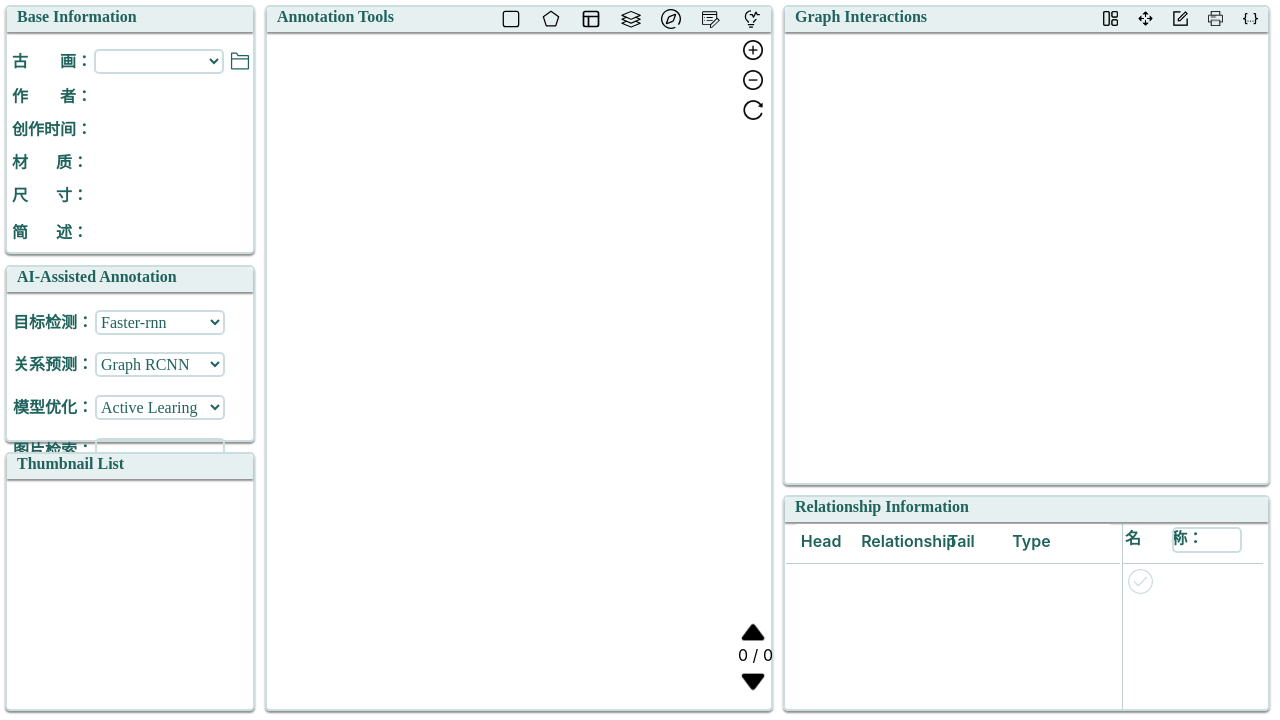
Repository: cailbh/ImageLabelTool
Page: /
An editor plug-in stored every save of this project. The page is shown before and after the next save, followed by the edit.
The browser window is 1280 px wide. The pictures show the whole page.
The project was rebuilt for these pictures with package versions that can differ from the ones it lists, and the page was loaded fresh each time.

Above is the page before, as saved 2022-11-14 22:55:23.

### src/index.tsx
import React from 'react';
import ReactDOM from 'react-dom/client';
import './index.css';
import UI from './View';

const root = ReactDOM.createRoot(
  document.getElementById('root') as HTMLElement
);
root.render(
  <React.StrictMode>
    <UI />
  </React.StrictMode>
);

### src/index.css
* {
  margin: 0;
  font-family: -apple-system, BlinkMacSystemFont, 'Segoe UI', 'Roboto', 'Oxygen',
    'Ubuntu', 'Cantarell', 'Fira Sans', 'Droid Sans', 'Helvetica Neue',
    sans-serif;
  -webkit-font-smoothing: antialiased;
  -moz-osx-font-smoothing: grayscale;
  padding: 0;
  user-select: none;
}

code {
  font-family: source-code-pro, Menlo, Monaco, Consolas, 'Courier New',
    monospace;
}

html, body, #root {
  width: 100%;
  height: 100%;
  /* background: rgb(237,241,241); */
  background: rgb(255,255,255);
}

#root {
  /* display: flex; */
  /* flex-direction: row; */

}

### src/View/index.tsx
/**
 * 该组件负责图像视图与网络图视图的通信：
 *
 */

import React from "react";
// import ImageView from "./ImageView";
import GraphView from "./GraphView";
import LabelView from "./LabelView";
import { Entity, EntityArray, Relationship, RelationshipArray } from '../lib/interface'
import { EntityArrayContextProvider, useEntityArray, useEntityArrayUpdate } from "../lib/context";
import { RelationshipArrayContextProvider, useRelationshipArray, useRelationshipArrayUpdate } from "../lib/context";
import { InfoContextProvider, useInfo, useInfoUpdate } from "../lib/context";
import { MemoArrayContextProvider, useMemoArray, useMemoArrayUpdate } from "../lib/context";


export default function UI() {
    return (
        <React.StrictMode>
            <InfoContextProvider>
                <RelationshipArrayContextProvider>
                    <EntityArrayContextProvider>
                        <MemoArrayContextProvider>
                            {/* <ImageView></ImageView> */}

                            <LabelView></LabelView>
                            {/* <GraphView></GraphView> */}
                        </MemoArrayContextProvider>
                    </ EntityArrayContextProvider >
                </RelationshipArrayContextProvider>
            </InfoContextProvider>
        </React.StrictMode>
    )
}

### src/View/LabelView.tsx
import React from "react";
import LabelDisplay from "../component/LabelDisplay/index";
import LabelTool from "../component/LabelTool/index";
import ViewCard from "./ViewCard";

export default function LabelView() {
    return (
        // <ViewCard
        //     top={(
        //         <LabelTool></LabelTool>
        //     )}
        //     body={(
        <LabelDisplay></LabelDisplay>
        //     )}
        // />
    )
}

### src/lib/context.tsx
import React, { useContext, useState } from 'react';
import { MemoArray, Relationship, RelationshipArray, EntityArray, Entity, Info } from './interface'
import { arrayBuffer } from 'stream/consumers';


const entityContext = React.createContext<EntityArray>({ array: [] });
const EntityUpdateContext = React.createContext(null);

export const useEntityArray = () => useContext(entityContext);
export const useEntityArrayUpdate = () => useContext(EntityUpdateContext);
export const EntityArrayContextProvider = ({ children }) => {
    const [entityArray, setEntityArray] = useState<Entity[]>([]);
    const updateEntityArray = (entityArray) => {
        setEntityArray([...entityArray])
    }
    return (
        <entityContext.Provider value={{ array: entityArray }}>
            <EntityUpdateContext.Provider value={updateEntityArray}>
                {children}
            </EntityUpdateContext.Provider>
        </entityContext.Provider>
    );
};

const relationshipContext = React.createContext<RelationshipArray>({ array: [] });
const relationshipUpdateContext = React.createContext(null);

export const useRelationshipArray = () => useContext(relationshipContext);
export const useRelationshipArrayUpdate = () => useContext(relationshipUpdateContext);
export const RelationshipArrayContextProvider = ({ children }) => {
    const [RelationshipArray, setRelationshipArray] = useState<Relationship[]>([]);
    const updateRelationshipArray = (RelationshipArray) => {
        setRelationshipArray([...RelationshipArray])
    }
    return (
        <relationshipContext.Provider value={{ array: RelationshipArray }}>
            <relationshipUpdateContext.Provider value={updateRelationshipArray}>
                {children}
            </relationshipUpdateContext.Provider>
        </relationshipContext.Provider>
    );
};


const memoContext = React.createContext<MemoArray>({ entArray: [], relArray: [] });
const memoUpdateContext = React.createContext(null);

export const useMemoArray = () => useContext(memoContext);
export const useMemoArrayUpdate = () => useContext(memoUpdateContext);
export const MemoArrayContextProvider = ({ children }) => {
    const [entArray, setEntArray] = useState<Entity[]>([]);
    const [relArray, setRelArray] = useState<Relationship[]>([]);
    const updateMemoArray = (entArray, relArray) => {
        setEntArray([...entArray])
        setRelArray([...relArray])
    }
    return (
        <memoContext.Provider value={{ entArray: entArray, relArray: relArray }}>
            <memoUpdateContext.Provider value={updateMemoArray}>
                {children}
            </memoUpdateContext.Provider>
        </memoContext.Provider>
    );
};

const infoContext = React.createContext<Info>(null);
const InfoUpdateContext = React.createContext(null);

export const useInfo = () => useContext(infoContext);
export const useInfoUpdate = () => useContext(InfoUpdateContext);
export const InfoContextProvider = ({ children }) => {
    const [info, setInfo] = useState<Info>();
    const updateInfo = (infoArray) => {
        setInfo(infoArray)
    }
    return (
        <infoContext.Provider value={info}>
            <InfoUpdateContext.Provider value={updateInfo}>
                {children}
            </InfoUpdateContext.Provider>
        </infoContext.Provider>
    );
};

### src/lib/webAnnotate.tsx
export default class LabelImage {
	entityCo: any;
	cWidth: number;
	cHeight: number;
	// 缩略图宽度
	sWidth: number;
	// 缩略图高度
	sHeight: number;
	// 图片宽度
	iWidth: number;
	// 图片高度
	iHeight: number;
	// 图片拖拽至边缘最小显示
	appearSize: number;
	// 缩放布进
	scaleStep: number;
	// 最小缩放比例
	minScale: number;
	// 最大缩放比例
	maxScale: number;
	// 图片在画板中的横坐标
	x: number;
	// 图片在画板中的纵坐标
	y: number;
	// 鼠标当前画板中的横坐标
	mouseX: number;
	// 鼠标当前画板中的纵坐标
	mouseY: number;
	// 拖动过程中，鼠标前一次移动的横坐标
	prevX: number;
	// 拖动过程中，鼠标前一次移动的纵坐标
	prevY: number;
	// 创建新标签输入名字
	inputs: string;
	// 鼠标移动过程中坐标
	moveP: any;
	// 拖动时，曲线圆点类型
	curveCircleType: string;
	// 拖动时，曲线下标
	curveIndex: number;
	// 缩放比例
	scale: number;
	// 鼠标在图片中的横坐标
	ix: number;
	// 鼠标在图片中的纵坐标
	iy: number;
	// 矩形框起点横坐标
	rectX: number;
	// 矩形框起点纵坐标
	rectY: number;
	// 曲线终点点横坐标
	endX: number;
	// 曲线终点纵坐标
	endY: number;
	// 关系起点id
	sourceID: string;
	// 关系起点id
	sourceIndex: string;
	// 关系终点id
	targetIndex: number;
	// 绘制多边形的圆点半径
	radius: number;

	// 绘制线段宽度
	lineWidth: number;

	//绘制区域模块透明度
	opacity: number;

	// 定时器
	timer: any;

	// 结果是否被修改
	isModify: boolean;

	// 是否全屏
	isFullScreen: boolean;

	// 是否移动图像标注圆点
	isDragCircle: boolean;

	// 当前点击圆点index
	snapCircleIndex: number;

	// 用于在拖拽或者缩放时，让绘制至存储面板的数据，只绘制一次
	drawFlag: boolean;

	// 监听滚动条缩放是否结束的定时器
	mousewheelTimer: any;

	// 历史记录下标
	historyIndex: number;
	Arrays: any;
	Nodes: any;
	Features: any;
	constructor(options) {
		// 画布宽度
		this.cWidth = 0;
		// 画布高度
		this.cHeight = 0;
		// 缩略图宽度
		this.sWidth = 0;
		// 缩略图高度
		this.sHeight = 0;
		// 图片宽度
		this.iWidth = 0;
		// 图片高度
		this.iHeight = 0;
		// 图片拖拽至边缘最小显示
		this.appearSize = 180;
		// 缩放布进
		this.scaleStep = 0.02;
		// 最小缩放比例
		this.minScale = 0.02;
		// 最大缩放比例
		this.maxScale = 8;
		// 图片在画板中的横坐标
		this.x = 0;
		// 图片在画板中的纵坐标
		this.y = 0;
		// 鼠标当前画板中的横坐标
		this.mouseX = 0;
		// 鼠标当前画板中的纵坐标
		this.mouseY = 0;
		// 拖动过程中，鼠标前一次移动的横坐标
		this.prevX = 0;
		// 拖动过程中，鼠标前一次移动的纵坐标
		this.prevY = 0;
		// 创建新标签输入名字
		this.inputs = "";
		// 拖动时，曲线圆点类型
		this.curveCircleType = '';
		// 拖动时，曲线下标
		this.curveIndex = -1;
		// 缩放比例
		this.scale = 0;
		// 鼠标在图片中的横坐标
		this.ix = 0;
		// 鼠标在图片中的纵坐标
		this.iy = 0;
		// 矩形框起点横坐标
		this.rectX = 0;
		// 矩形框起点纵坐标
		this.rectY = 0;
		// 曲线终点点横坐标
		this.endX = 0;
		// 曲线终点纵坐标
		this.endY = 0;

		this.moveP = [];

		// 关系起点下标
		this.sourceID = "";
		this.sourceIndex = "0";
		this.targetIndex = -1;
		// 绘制多边形的圆点半径
		this.radius = 6;

		// 绘制线段宽度
		this.lineWidth = 1;

		//绘制区域模块透明度
		this.opacity = 0.45;

		// 定时器
		this.timer = null;

		// 结果是否被修改
		this.isModify = false;

		// 是否全屏
		this.isFullScreen = false;

		// 是否移动图像标注圆点
		this.isDragCircle = false;

		// 当前点击圆点index
		this.snapCircleIndex = 0;

		// 用于在拖拽或者缩放时，让绘制至存储面板的数据，只绘制一次
		this.drawFlag = true;

		// 监听滚动条缩放是否结束的定时器
		this.mousewheelTimer = null;

		// 历史记录下标
		this.historyIndex = 0;

		this.Arrays = {

			// 标定历史保存标签记录
			history: [],

			// 图片标注展示数据集
			imageAnnotateShower: [],

			// 图片标注存储数据集
			imageAnnotateMemory: [],

			// 关系标注展示数据集
			relationshipAnnotateShower: [],

			// 关系标注存储数据集
			relationshipAnnotateMemory: [],

			// 标注集操作 result list index
			resultIndex: 0,
			// 关系集操作 result list index
			relationshipIndex: 0,

		};
		this.Nodes = {
			// 图片节点
			image: null,
			// 画布节点
			canvas: null,
			// 缩略图节点
			scaleCanvas: null,
			// 缩放比例面板
			scalePanel: null,
			// 画布上下文
			ctx: null,
			// 缩略图画板上下文
			sCtx: null,
			// 缩略图方框
			scaleRect: null,
			// 存储图像数据的画布
			bCanvas: null,
			// 存储图像数据的上下文
			bCtx: null,
			// 绘图部分主外层函数
			canvasMain: null,
			// 标记结果数据集
			resultGroup: null,
			// 十字线开关按钮
			crossLine: null,
			// 标注结果开关按钮
			labelShower: null,
			// 屏幕快照按钮
			screenShot: null,
			// 全屏按钮
			screenFull: null,
			// 颜色选取器节点数据
			colorHex: null,
			// // 清空标注内容
			// clearScreen: options.clearScreen,
			// // 撤销，返回上一步
			// returnUp: options.returnUp,
			// 标签管理
			toolTagsManager: null,
			// 历史记录列表
			historyGroup: null
		};
		this.Features = {
			//
			N:true,
			// 拖动开关
			dragOn: true,
			// 矩形标注开关
			rectOn: false,
			// 多边形标注开关
			polygonOn: false,
			// 切换布局
			layoutOn: false,
			// 层级标注开关
			dropTOn: false,
			// 组合层级
			CombinOn: false,
			// 标签管理工具
			tagsOn: false,
			// 关系标注开关
			relationshipOn: false,
			// 实体线性趋势标注开关
			trendOn: false,
			// 十字线开关
			crossOn: false,
			// 标注结果显示
			labelOn: true,

		};
	}

}

### src/lib/tasks.tsx
export default class Task {
    id: string;
    name: string;
    size: string;
    texture: string;
    time: string;
    author: string;
    discribe:string;
    constructor(options) {
        this.id = "";
        this.name = "";
        this.size = "";
        this.texture = "";
        this.time = "";
        this.author = ""
        this.discribe = ""
    }
}

### src/lib/interface.tsx
export class EntityArray {
    array: Array<Entity>;
}
export class RelationshipArray {
    array: Array<Relationship>;
}
export class MemoArray {
    relArray: Array<Relationship>;
    entArray: Array<Entity>;
}
export class Entity {
    name: string;
    id: string;
    type: string;
    x: number;
    y: number;
    //图片绘制起始位置
    ix: number;
    iy: number;
    //标注绘制起始位置
    lx: number;
    ly: number;
    // 图片宽度
    iWidth: number;
    // 图片高度
    iHeight: number;
    //图片缩放
    iScale: number;
    visAble: boolean;
    labels: any;
    content: any;
    contentType: string;
    labelLocation: any;
    rgb: string;
    visibility: boolean;
    trend: any;
    trendIndex: number;
    centerPoint: any;
    rectMask: any;
    color: string;
    describe: string;
    attribute: any;
    active: boolean;
    children: any;
    constructor(myName: string) { //定义带参数的构造函数
        this.name = myName;
    }
}


export class Relationship {
    name: string;
    id: string;
    type: string;
    targetId: string;
    sourceId: string;
    color: string;
    weight: number;
    visAble: boolean
    // constructor(myName: string) { //定义带参数的构造函数
    //     this.name = myName;
    // }
}

export class Info {
    changeState: number;
}

export default class LabelState {
    //任务名称
    taskName: string;
    //文件列表
    imgFiles: any;
    //图片总数
    imgSum: number;
    //选择图片下标
    imgIndex: number;
    cWidth: number;
    cHeight: number;
    // 缩略图宽度
    sWidth: number;
    // 缩略图高度
    sHeight: number;
    // 图片宽度
    iWidth: number;
    // 图片高度
    iHeight: number;
    // 图片拖拽至边缘最小显示
    appearSize: number;
    // 缩放布进
    scaleStep: number;
    // 最小缩放比例
    minScale: number;
    // 最大缩放比例
    maxScale: number;
    // 图片在画板中的横坐标
    x: number;
    // 图片在画板中的纵坐标
    y: number;
    // 鼠标当前画板中的横坐标
    mouseX: number;
    // 鼠标当前画板中的纵坐标
    mouseY: number;
    // 拖动过程中，鼠标前一次移动的横坐标
    prevX: number;
    // 拖动过程中，鼠标前一次移动的纵坐标
    prevY: number;
    // 缩放比例
    scale: number;
    // 鼠标在图片中的横坐标
    ix: number;
    // 鼠标在图片中的纵坐标
    iy: number;
    // 矩形框起点横坐标
    rectX: number;
    // 矩形框起点纵坐标
    rectY: number;
    // 绘制多边形的圆点半径
    radius: number;

    // 绘制线段宽度
    lineWidth: number;

    //绘制区域模块透明度
    opacity: number;

    // 定时器
    timer: any;

    // 结果是否被修改
    isModify: boolean;

    // 是否全屏
    isFullScreen: boolean;

    // 是否移动图像标注圆点
    isDragCircle: boolean;

    // 当前点击圆点index
    snapCircleIndex: number;

    // 用于在拖拽或者缩放时，让绘制至存储面板的数据，只绘制一次
    drawFlag: boolean;

    // 监听滚动条缩放是否结束的定时器
    mousewheelTimer: null;

    // 历史记录下标
    historyIndex: number;
    Arrays: any;
    Nodes: any;
    Features: any;

}

### src/axios/index.ts
import entityRecognize from './api/entityRecognize';

export * from './api/entityRecognize'; // 目标识别
// export * from './api/img'; // 图片
export default {
    entityRecognize
}

### src/component/AttributeInput/index.css
.nameInput{
    /* margin: 5px; */
    height: 40px;
    border-bottom: 1px rgba(32,99,92,0.3) solid;
}
.contain{
    height: 100%;
}
.attrHead{
    background-color: rgba(230,240,241,1);
    /* margin: 5px; */
    color:rgba(32,99,92,1);
    height: 25px;
    font-size:25px;
    line-height:30px;
    font-weight: 600;
    font-size: 18px;
    line-height: 1.35;
    font-variant: tabular-nums;
    line-height: 1.5715;
    font-feature-settings: "tnum";
    font-family: SourceHanSerifCN-Heavy, SourceHanSerifCN;
    border-top-left-radius: 5px;
    border-top-right-radius: 5px;

    filter:progid:DXImageTransform.Microsoft.Shadow(color=#909090,direction=120,strength=4);
    -moz-box-shadow: 0px 2px 10px #909090;
    -webkit-box-shadow: 0px 2px 10px #909090;
    box-shadow:0px 2px 2px #909090

}
.headName{
    float: left;
    margin-left: 10px;
    width: 50%;
    font-size:15px;
    line-height:90px;
    color:rgba(32,99,92,1);
    font-size:16px;
    line-height:30px;
    font-weight: 600;
    font-variant: tabular-nums;
    line-height: 125%;
    font-feature-settings: "tnum";
    font-family: SourceHanSerifCN-Heavy, SourceHanSerifCN;
    border-top-left-radius: 5px;
    border-top-right-radius: 5px;
    float: left;
}
.headValue{
    float: left;
    width: calc(50% - 40px);
    margin: 20px;
    font-size:15px;
    line-height:30px;
    font-family:"Microsoft YaHei",Tahoma,Verdana,SimSun;
    font-style:normal;
    font-variant:normal;
    font-size-adjust:none;
    font-stretch:normal;
    font-weight:normal;
    border-radius: 5px;
}
.attrInput{
    /* margin: 5px; */
    height: 40px;
    /* display: flex; */
    justify-content: center;
    align-items: center;
}
.attrInputDiv{
    margin: 5px;
    height: calc(100% - 160px);
    overflow: scroll;
    scrollbar-width: none;
}
.attrKey{
    margin: 2px;
    height: calc(50% - 4px);
    width: 30%;
    float: left;
    text-align: center;
    color: rgb(32,99,92);
    font-weight: 600;
    font-size: 16px;
    line-height: 1.35;
    font-variant: tabular-nums;
    line-height: 1.5715;
    font-feature-settings: "tnum";
    font-family: SourceHanSerifCN-Heavy, SourceHanSerifCN;

    border-radius: 5px;
    /* cursor: none; */
}
.attrDel{
    margin: 2px 5px;
    width: 20px;
    height: 20px;
    cursor: pointer;
    /* background-color: #000; */
    float: left;
}
.addAttr{
    width: 30px;
    height: 30px;
    cursor: pointer;
    display: flex;
    justify-content: center;
    align-items: center;
}

.addAttrBut{
    height: 100%;
}
.delAttrBut{
    height: 100%;
}
.attrValue{
    margin: 2px;
    height: calc(50% - 4px);
    width: 50%;
    float: left;
}

.valueInput{
    width: 100%;
    border-radius: 10px;
    margin: 1px;
    /* margin-left: 15px; */
    color: rgb(32,99,92);


    background: rgba(210,225,230,0);
    outline: none;
    border: #000;
    border: 2px solid rgb(204,221,224);
    border-radius: 5px;


    font-weight: 400;
    font-size: 14px;
    line-height: 1.35;
    font-variant: tabular-nums;
    line-height: 1.5715;
    font-feature-settings: "tnum";
    font-family: SourceHanSerifCN-Heavy, SourceHanSerifCN;
}
.keyInput{
    width: 100%;
    border-radius: 10px;
    margin: 1px;

    background: rgba(210,225,230,0);
    outline: none;
    border: #000;
    border: 2px solid rgb(204,221,224);
    border-radius: 5px;


    color: rgb(32,99,92);
    font-weight: 400;
    font-size: 14px;
    line-height: 1.35;
    font-variant: tabular-nums;
    line-height: 1.5715;
    font-feature-settings: "tnum";
    font-family: SourceHanSerifCN-Heavy, SourceHanSerifCN;
}

### src/component/GraphRelationship/index.css
.smallInput  {
    border: 0px #ccc solid;
    color: rgb(32,99,92);
    font-weight: 600;
    font-size: 16px;
    line-height: 1.35;
    font-variant: tabular-nums;
    line-height: 1.5715;
    font-feature-settings: "tnum";
    font-family: SourceHanSerifCN-Heavy, SourceHanSerifCN;
    text-align: center;
    height: 100%;
    outline:none;
    width: 100%;
}
.smallInput:focus  {
    background-color: rgba(204, 221, 224,0.2);
}
.relRow{
    width: 25%;
    height: 100%;
    float: left;
}
.relRowR{
    width: 100%;
    height: 40px;
    border-bottom: 1px rgba(32,99,92,0.3) solid;

}
.relBut{
    margin-left: 15px;
    padding: 0px !important;
}
.relationship-table-head-co{
    width: 18%;
    height: calc(100% - 10px);
    float: left;
    margin: 5px;
    text-align: center;
}
.confirmButton{
    width: 20px;
    height: 20px;
    /* margin: 5px; */
    border-radius: 15px;
    float: left;
    border: 0px;
    background-color: rgb(32,99,92);
    color: #fff;
    text-align: center;
    font-weight: 600;
    font-size: 12px;
    font-variant: tabular-nums;
    line-height: 1.5715;
    font-feature-settings: "tnum";
    font-family: SourceHanSerifCN-Heavy, SourceHanSerifCN;
}
.deleteButton{
    width: 20px;
    height: 20px;
    /* margin: 5px; */
    border-radius: 15px;
    float: left;
    border: 0px;
    background-color: rgb(32,99,92);
    color: #fff;
    text-align: center;
    font-weight: 600;
    font-size: 12px;
    font-variant: tabular-nums;
    line-height: 1.5715;
    font-feature-settings: "tnum";
    font-family: SourceHanSerifCN-Heavy, SourceHanSerifCN;
}
#bigInput {
    color:#333;
    height: 60px;
    line-height:normal;
    font-family:"Microsoft YaHei",Tahoma,Verdana,SimSun;
    font-style:normal;
    font-variant:normal;
    font-size-adjust:none;
    font-stretch:normal;
    font-weight:normal;
    margin-top:0px;
    margin-bottom:0px;
    margin-left:0px;
    padding-top:4px;
    padding-right:4px;
    padding-bottom:4px;
    padding-left:4px;
    font-size:15px;
    outline-width:medium;
    outline-style:none;
    outline-color:invert;
    border-top-left-radius:3px;
    border-top-right-radius:3px;
    border-bottom-left-radius:3px;
    border-bottom-right-radius:3px;
    text-shadow:0px 1px 2px #fff;
    background-attachment:scroll;
    background-repeat:repeat-x;
    background-position-x:left;
    background-position-y:top;
    background-size:auto;
    background-origin:padding-box;
    background-clip:border-box;
    background-color:rgb(255,255,255);
    margin-right:8px;
    border-top-color:#ccc;
    border-right-color:#ccc;
    border-bottom-color:#ccc;
    border-left-color:#ccc;
    border-top-width:1px;
    border-right-width:1px;
    border-bottom-width:1px;
    border-left-width:1px;
    border-top-style:solid;
    border-right-style:solid;
    border-bottom-style:solid;
    border-left-style:solid;
}
.relationship-table-head{
    height: 40px;
    color: rgb(32,99,92);
    /* background: rgb(210,225,230); */
    font-weight: 600;
    text-align: center;
    font-size: 16px;
    line-height: 1.35;
    font-variant: tabular-nums;
    line-height: 1.5715;
    font-feature-settings: "tnum";
    font-family: SourceHanSerifCN-Heavy, SourceHanSerifCN;
    border-bottom: 1px rgba(32,99,92,0.3) solid;
    /* border-top-left-radius: 15px;
    border-top-right-radius: 15px; */
}
.relationship-table-body{
    height: calc(100% - 40px);
    overflow:scroll;
    scrollbar-width: none;
}

### src/axios/api/entityRecognize/index.ts
import { get, put, post, del } from '../../http';
import axios from 'axios'
import{base} from '../config'
import {message} from 'antd'
import cookie from 'react-cookies'
export const getImg = (data: any) => get({ url: '/recognize/', data }); //
export const postImg = (data: any) => post({ url: '/recognize/', data }); //
export const updateImg = (data: any) => put({ url: '/recognize/', data });

export default{
    //测试
    async testApi(params){
        return await axios.get(`${base}/hi`,params) .then((res)=>{
            return res.data;
        }).catch((error)=>{
            message.error("服务器出错")
        })
    },
    //目标检测
    async entityRecognizeApi(params){
        return await axios.post(`${base}/predict_bbx`,params).then((res)=>{
            return res.data;
        }).catch((error)=>{
            message.error("服务器出错")
        })
    },

}

### src/axios/config.ts
export const rootURL = ''

export const ServerCode = {
    SUCCESS: 0,
    CONTINUE: 400,
    WRONG_PARAM: 401,
    WRONG_REQUEST: 402,
    FORBIDDEN: 403,
    WRONG_URL: 404,
    NO_LOGIN: 406,
    TIME_OUT: 408,
    WRONG_REQUEST_MODAL: 410,
    AUTO_SAVE_ERROR_CODE: 411, // 自动暂存code
    PROCESS_ERROR: 412, // 任务进度错误
    WRONG_SERVER: 500,
    WRONG_REALIZE: 501,
    WRONG_GATEWAY: 502,
    BAD_SERVER: 503,
    GATEWAY_TIME_OUT: 504,
    WRONG_VERSION: 505
};

export const SubCode = {
    OPERATION_FAILED: 410001,
    TASK_HAS_EXPIRED_OR_SUBMITTED: 400001
};

export const ServerCodeMap = {
    [ServerCode.SUCCESS]: '成功',
    [ServerCode.CONTINUE]: '继续', // 传递指定“继续参数”即可成功
    [ServerCode.WRONG_PARAM]: '参数格式出错',
    [ServerCode.WRONG_REQUEST]: '请求出错',
    [ServerCode.FORBIDDEN]: '拒绝访问',
    [ServerCode.WRONG_URL]: '请求地址出错',
    [ServerCode.NO_LOGIN]: '未登录',
    [ServerCode.TIME_OUT]: '请求超时',
    [ServerCode.WRONG_SERVER]: '服务器内部错误',
    [ServerCode.WRONG_REALIZE]: '服务未实现',
    [ServerCode.WRONG_GATEWAY]: '网关错误',
    [ServerCode.BAD_SERVER]: '服务不可用',
    [ServerCode.GATEWAY_TIME_OUT]: '网关超时',
    [ServerCode.WRONG_VERSION]: 'HTTP版本不受支持'
};

export const RedirectMap = {
    [ServerCode.FORBIDDEN]: '/403'
};

Loaded but not shown: public/index.html (common file); src/lib/uuid.js (8 lines, source omitted); src/axios/api/config.js (3 lines, source omitted); src/component/LabelDisplay/index.tsx (4881 lines, source omitted); src/component/LabelDisplay/index.css (1843 lines, source omitted); src/component/LabelDisplay/graph.css (478 lines, source omitted); src/component/GraphRelationship/index.tsx (186 lines, source omitted); src/component/AttributeInput/index.tsx (167 lines, source omitted); src/axios/http.ts (147 lines, source omitted)

After the next save:
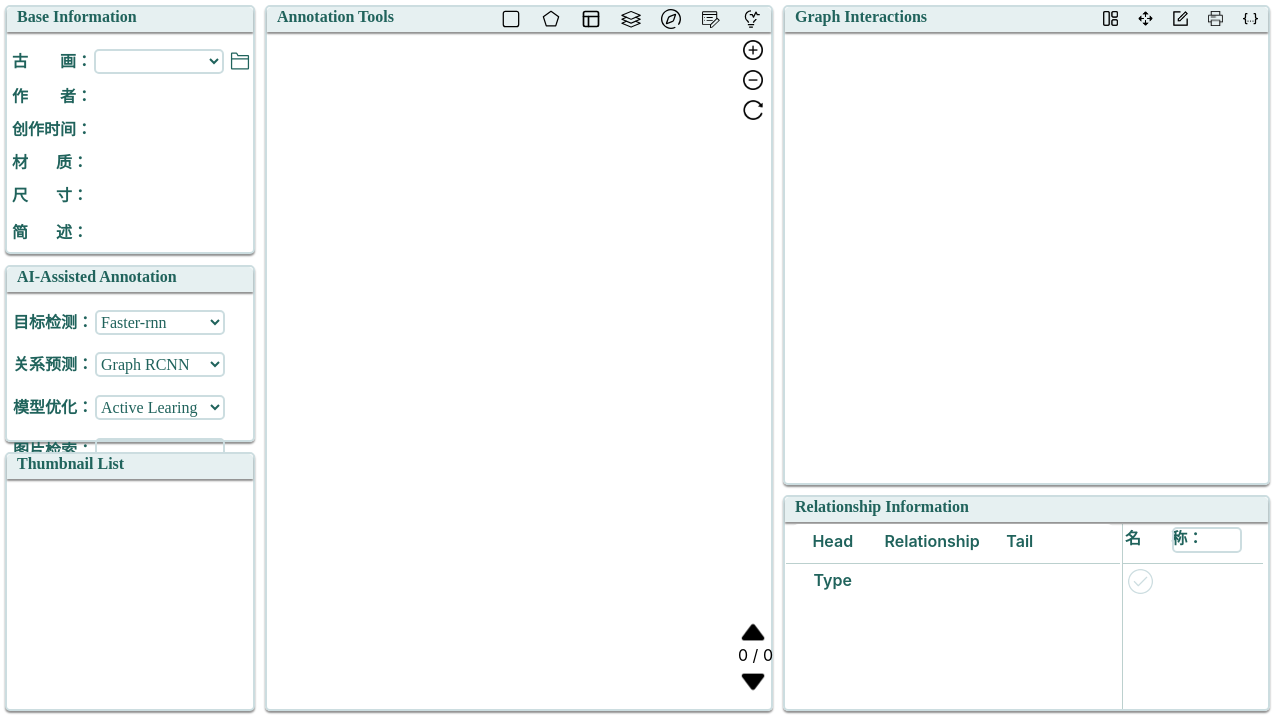
Saved 25 s later.
--- a/src/component/GraphRelationship/index.css
+++ b/src/component/GraphRelationship/index.css
@@ -32,7 +32,7 @@
     padding: 0px !important;
 }
 .relationship-table-head-co{
-    width: 18%;
+    width: 25%;
     height: calc(100% - 10px);
     float: left;
     margin: 5px;
